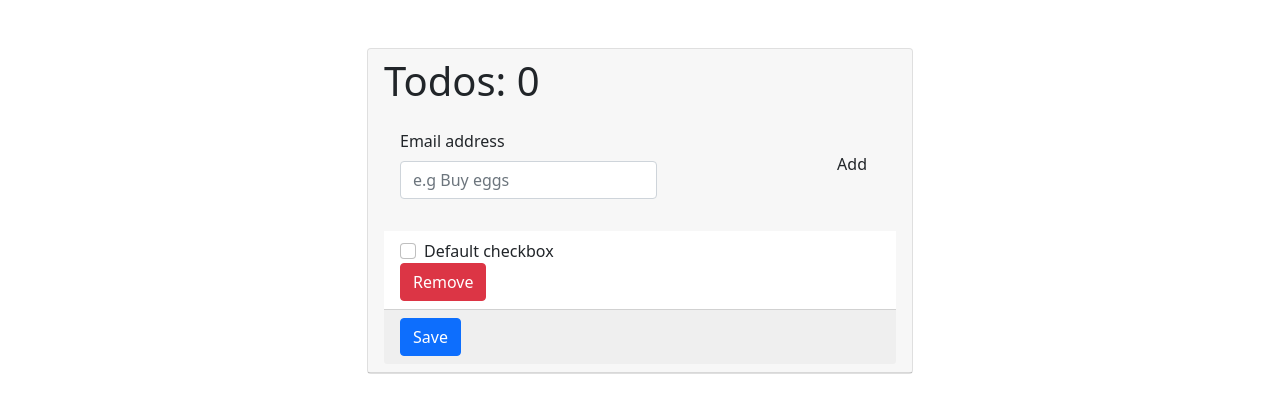
Repository: saidabbasun/TODO-react-redux
Page: /
The author's editor kept a copy of each file at every save. The page is drawn from the files as they stood at one save, then again after a run of saves.
The browser window is 1280 px wide. The pictures show the whole page.
The project was rebuilt for these pictures with package versions that can differ from the ones it lists, and the page was loaded fresh each time.

Above is the page before, as saved 2022-05-17 12:08:56.

### public/index.html
<!DOCTYPE html>
<html lang="en">
  <head>
    <meta charset="utf-8" />

    <meta name="viewport" content="width=device-width, initial-scale=1" />
    <meta name="theme-color" content="#000000" />
    <meta
      name="description"
      content="Web site created using create-react-app"
    />
    <link href="https://cdn.jsdelivr.net/npm/bootstrap@5.0.2/dist/css/bootstrap.min.css" rel="stylesheet" integrity="sha384-EVSTQN3/azprG1Anm3QDgpJLIm9Nao0Yz1ztcQTwFspd3yD65VohhpuuCOmLASjC" crossorigin="anonymous">

    <title>React App</title>
  </head>
  <body>

    <div id="root"></div>

  </body>
</html>

### src/index.js
import React from 'react';
import ReactDOM from 'react-dom/client';
import App from './App';

const root = ReactDOM.createRoot(document.getElementById('root'));
root.render(
  <React.StrictMode>
    <App />
  </React.StrictMode>
);

### src/App.jsx
function App() {
  return (
    <div className="container">
      <div className="row">
        <div className="col-md-6 offset-md-3">
          <div className="card mt-5">
            <div className="card-header">
              <h1>Todos: 0</h1>
              <div>
                <div className="card-body">
                <form class="mb-3 d-flex justify-content-between align-items-center">
   <div> <label for="exampleFormControlInput1" class="form-label">Email address</label>
  <input type="text" class="form-control" id="exampleFormControlInput1" placeholder="e.g Buy eggs"/>
</div>
  <button className=" btn btn-succes"> Add</button>
</form>
                </div>
                  <ul class="list-group list-group-flush">
                    <li class="list-group-item d-">
                  <div>
                  <input class="form-check-input me-2" type="checkbox" value="" id="flexCheckDefault"/>
                    <label class="form-check-label" for="flexCheckDefault">
                       Default checkbox
                    </label>
                  </div>
                  <button className="btn btn-danger">Remove</button>
                    </li>

                  </ul>

                <div className=" card-footer">
                  <button className="btn btn-primary">Save</button>
                </div>
              </div>
            </div>
          </div>
        </div>
      </div>
    </div>
  );
}

export default App;

After the next 2 saves:
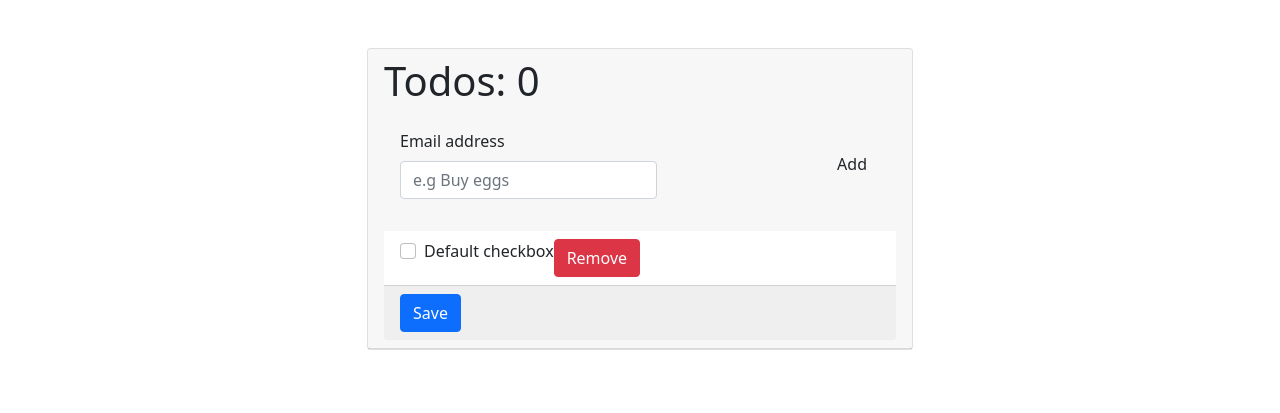
The 2 saves are shown as one change because they came seconds apart.
The last was saved 6 s later.
--- a/src/App.jsx
+++ b/src/App.jsx
@@ -16,7 +16,7 @@ function App() {
 </form>
                 </div>
                   <ul class="list-group list-group-flush">
-                    <li class="list-group-item d-">
+                    <li class="list-group-item d-flex ">
                   <div>
                   <input class="form-check-input me-2" type="checkbox" value="" id="flexCheckDefault"/>
                     <label class="form-check-label" for="flexCheckDefault">
